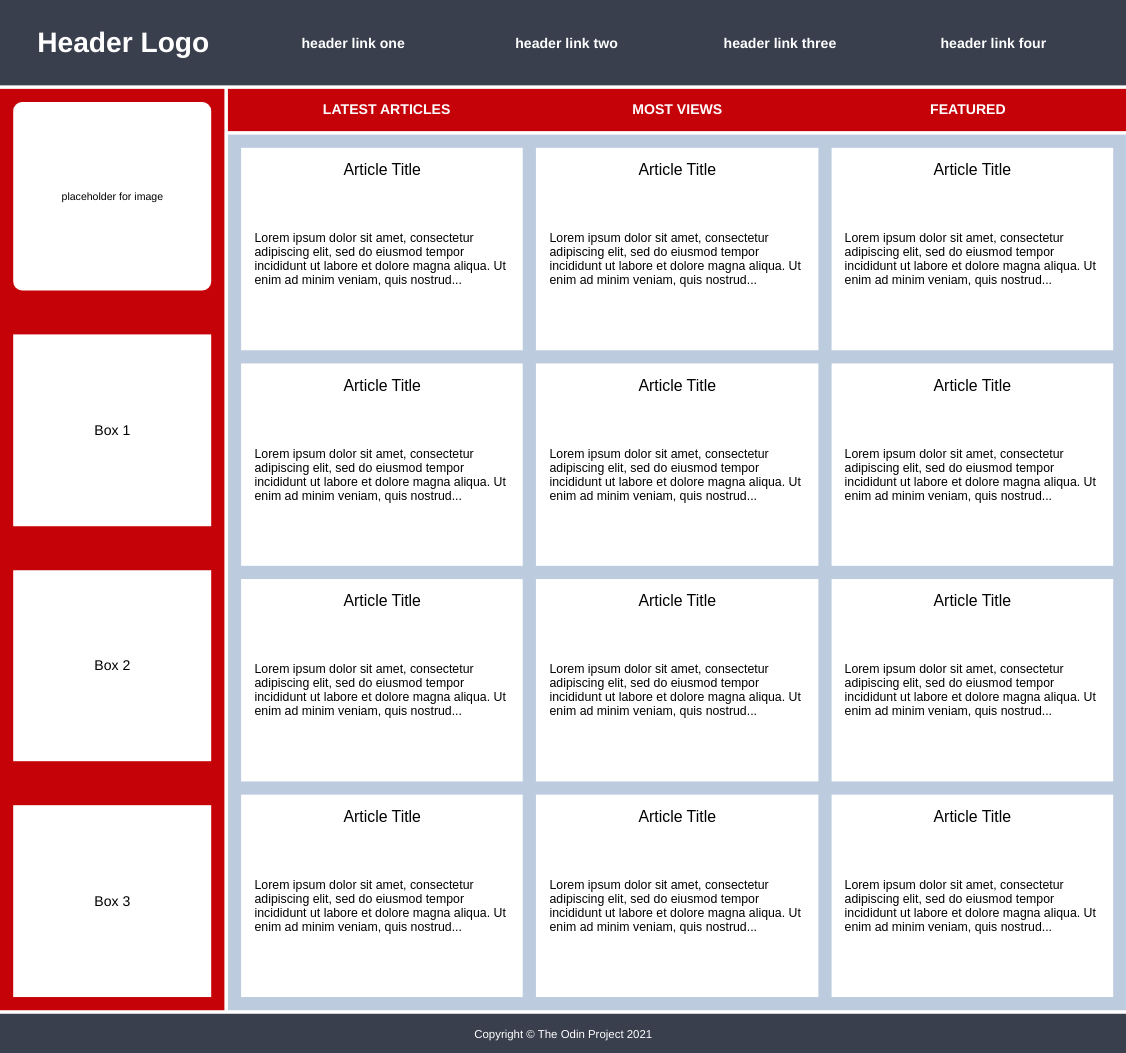
Repository: gkintu/css-exercises
Page: intermediate-html-css/advanced-grid/02-holy-grail-mockup/index.html
These files come from the project's save history. The page is drawn as it stood at one moment and after the next save; the edit follows.
The browser window is 1280 px wide. The pictures show the whole page, at 88% of full size.

Above is the page before, as saved 2025-03-04 11:15:27.

After the next save:
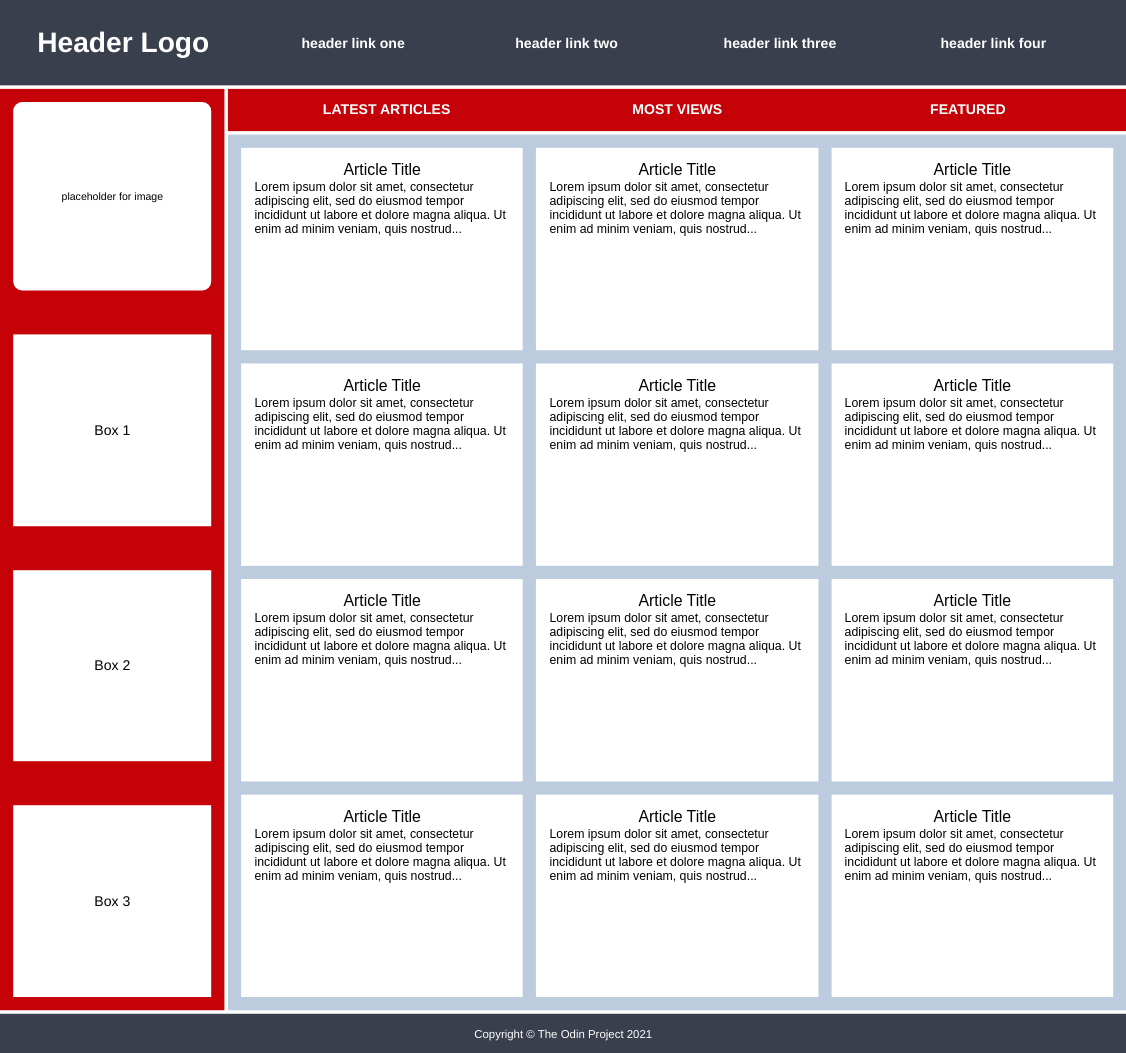
Saved 5 s later.
--- a/intermediate-html-css/advanced-grid/02-holy-grail-mockup/style.css
+++ b/intermediate-html-css/advanced-grid/02-holy-grail-mockup/style.css
@@ -110,7 +110,7 @@
 
 .card {
   height: 200px;
-  display:grid;
+
 }
 
 .article p {

After the save that followed:
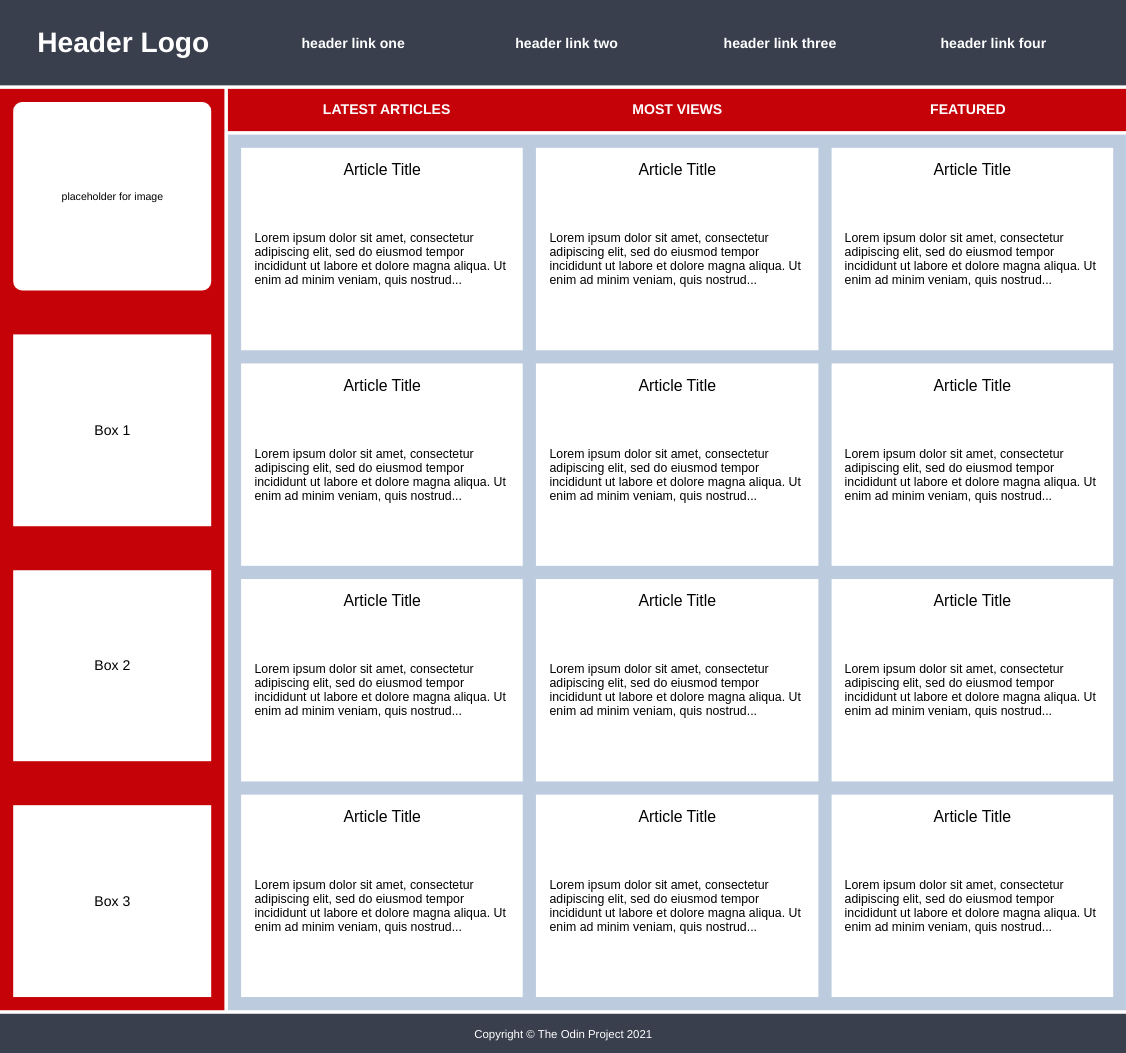
Saved 4 s later.
--- a/intermediate-html-css/advanced-grid/02-holy-grail-mockup/style.css
+++ b/intermediate-html-css/advanced-grid/02-holy-grail-mockup/style.css
@@ -110,7 +110,7 @@
 
 .card {
   height: 200px;
-
+  display:grid;
 }
 
 .article p {
